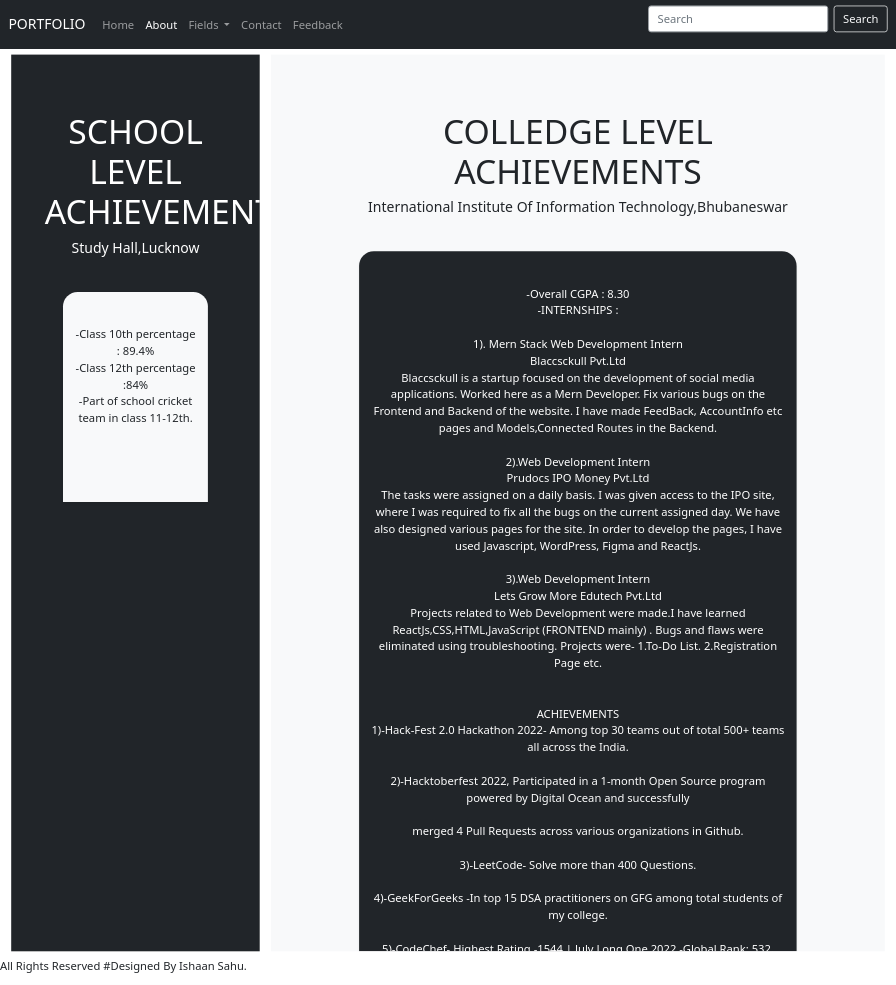
Repository: ishaan51551/Ishaan-s-Portfolio-
Page: about.html
An editor plug-in stored every save of this project. The page is shown before and after the next save, followed by the edit.
The browser window is 1280 px wide. The pictures show the whole page, at 70% of full size.

Above is the page before, as saved 2023-09-13 16:21:25.

### about.html
</body>

</html>

<!doctype html>
<html lang="en">

<head>
  <!-- Required meta tags -->
  <meta charset="utf-8">
  <meta name="viewport" content="width=device-width, initial-scale=1">

  <!-- Bootstrap CSS -->
  <link href="https://cdn.jsdelivr.net/npm/bootstrap@5.1.1/dist/css/bootstrap.min.css" rel="stylesheet"
    integrity="sha384-F3w7mX95PdgyTmZZMECAngseQB83DfGTowi0iMjiWaeVhAn4FJkqJByhZMI3AhiU" crossorigin="anonymous">

  <title>Ishaan Sahu Portfolio</title>
</head>

<body>


  <!-- NAVBAR -->
  <nav class="navbar navbar-expand-lg navbar-dark bg-dark">
    <div class="container-fluid">
      <a class="navbar-brand" href="#">PORTFOLIO </a>
      <button class="navbar-toggler" type="button" data-bs-toggle="collapse" data-bs-target="#navbarSupportedContent"
        aria-controls="navbarSupportedContent" aria-expanded="false" aria-label="Toggle navigation">
        <span class="navbar-toggler-icon"></span>
      </button>
      <div class="collapse navbar-collapse" id="navbarSupportedContent">
        <ul class="navbar-nav me-auto mb-2 mb-lg-0">
          <li class="nav-item">
            <a class="nav-link " aria-current="page" href="index.html">Home</a>
          </li>
          <li class="nav-item">
            <a class="nav-link active" href="/about.html">About</a>
          </li>
          <li class="nav-item dropdown">
            <a class="nav-link dropdown-toggle" href="#" id="navbarDropdown" role="button" data-bs-toggle="dropdown"
              aria-expanded="false">
              Fields
            </a>
            <ul class="dropdown-menu" aria-labelledby="navbarDropdown">
              <li><a class="dropdown-item" href="programming.html">Programming</a></li>
              <li><a class="dropdown-item" href="webdev.html">Web Devlopment</a></li>
              <li>
                <hr class="dropdown-divider">
              </li>
              <li><a class="dropdown-item" href="extracurricular.html">Extra Curricular</a></li>
            </ul>
          </li>
          <li class="nav-item">
            <a class="nav-link " aria-current="page" href="contact.html">Contact</a>
          </li>

          <li class="nav-item">
            <a class="nav-link" href="feedback.html">Feedback</a>

          </li>

        </ul>
        <form class="d-flex">
          <input class="form-control me-2" type="search" placeholder="Search" aria-label="Search">
          <button class="btn btn-outline-light" type="submit">Search</button>

        </form>
      </div>
    </div>
  </nav>

  <!-- Optional JavaScript; choose one of the two! -->

  <!-- Option 1: Bootstrap Bundle with Popper -->
  <script src="https://cdn.jsdelivr.net/npm/bootstrap@5.1.1/dist/js/bootstrap.bundle.min.js"
    integrity="sha384-/bQdsTh/da6pkI1MST/rWKFNjaCP5gBSY4sEBT38Q/9RBh9AH40zEOg7Hlq2THRZ"
    crossorigin="anonymous"></script>



  <!-- boxes -->
  <div class="d-md-flex flex-md-equal w-100my-md-3 ps-md-3 my-2 justify-content-center align item center">
    <div class="bg-dark me-md-3 pt-3 px-3 pt-md-5 px-md-5 text-center text-white overflow-hidden">
      <div class="my-3 py-3 ">
        <h2 class="display-5">SCHOOL LEVEL ACHIEVEMENTS</h2>
        <p class="lead">Study Hall,Lucknow</p>
      </div>
      <div class="bg-light shadow-sm mx-auto" style="width: 80%; height: 300px; border-radius: 21px 21px 0 0;">
        <p class="dance text-dark overfow-hidden text-center px-3 py-5">-Class 10th percentage : 89.4%</br>
          -Class 12th percentage :84%</br>
          -Part of school cricket team in class 11-12th.<br>
        </p>

      </div>
    </div>
    <div class="bg-light me-md-3 pt-3 px-3 pt-md-5 px-md-5 text-center overflow-hidden">
      <div class="my-3 p-3">
        <h2 class="display-5">COLLEDGE LEVEL ACHIEVEMENTS</h2>
        <p class="lead">International Institute Of Information Technology,Bhubaneswar</p>
      </div>
      <div class="bg-dark shadow-sm mx-auto" style="width: 80%; height: 1000px; border-radius: 21px 21px 0 0;">
        <p class="swing text-white text-center px-3 py-5">
          -Overall CGPA : 8.30</br>
          -INTERNSHIPS :</br>
          <br>
          1). Mern Stack Web Development Intern<br>
          Blaccsckull Pvt.Ltd<br>
          Blaccsckull is a startup focused on the development of social media applications. Worked here as a Mern
          Developer.
          Fix various bugs on the Frontend and Backend of the website.
          I have made FeedBack, AccountInfo etc pages and Models,Connected Routes in the Backend.
          <br>
          <br>
          2).Web Development Intern<br>
          Prudocs IPO Money Pvt.Ltd<br>
          The tasks were assigned on a daily basis.
          I was given access to the IPO site, where I was required to fix all the bugs on the current assigned day. We
          have also designed various pages for the site.
          In order to develop the pages, I have used Javascript, WordPress, Figma and ReactJs.
          <br>
          <br>
          3).Web Development Intern<br>
          Lets Grow More Edutech Pvt.Ltd<br>
          Projects related to Web Development were made.I have learned ReactJs,CSS,HTML,JavaScript (FRONTEND mainly) .
          Bugs and flaws were eliminated using troubleshooting.
          Projects were-
          1.To-Do List.
          2.Registration Page etc.
          <br><br><br>
          ACHIEVEMENTS<br>
          1)-Hack-Fest 2.0 Hackathon 2022- Among top 30 teams out of total 500+ teams all across the India.<br><br>
          2)-Hacktoberfest 2022, Participated in a 1-month Open Source program powered by Digital Ocean and successfully<br><br>
          merged 4 Pull Requests across various organizations in Github.<br><br>
          3)-LeetCode- Solve more than 400 Questions.<br><br>
          4)-GeekForGeeks -In top 15 DSA practitioners on GFG among total students of my college. <br><br>
          5)-CodeChef- Highest Rating -1544 | July Long One 2022 -Global Rank: 532.<br><br>

        </p>
        </p>
      </div>
    </div>
  </div>

  <!-- FOOTER  -->
  <footer class="blog-footer">
    <p>All Rights Reserved #Designed By Ishaan Sahu.</p>
    <p>

    </p>
  </footer>
</body>

</html>

After the next save:
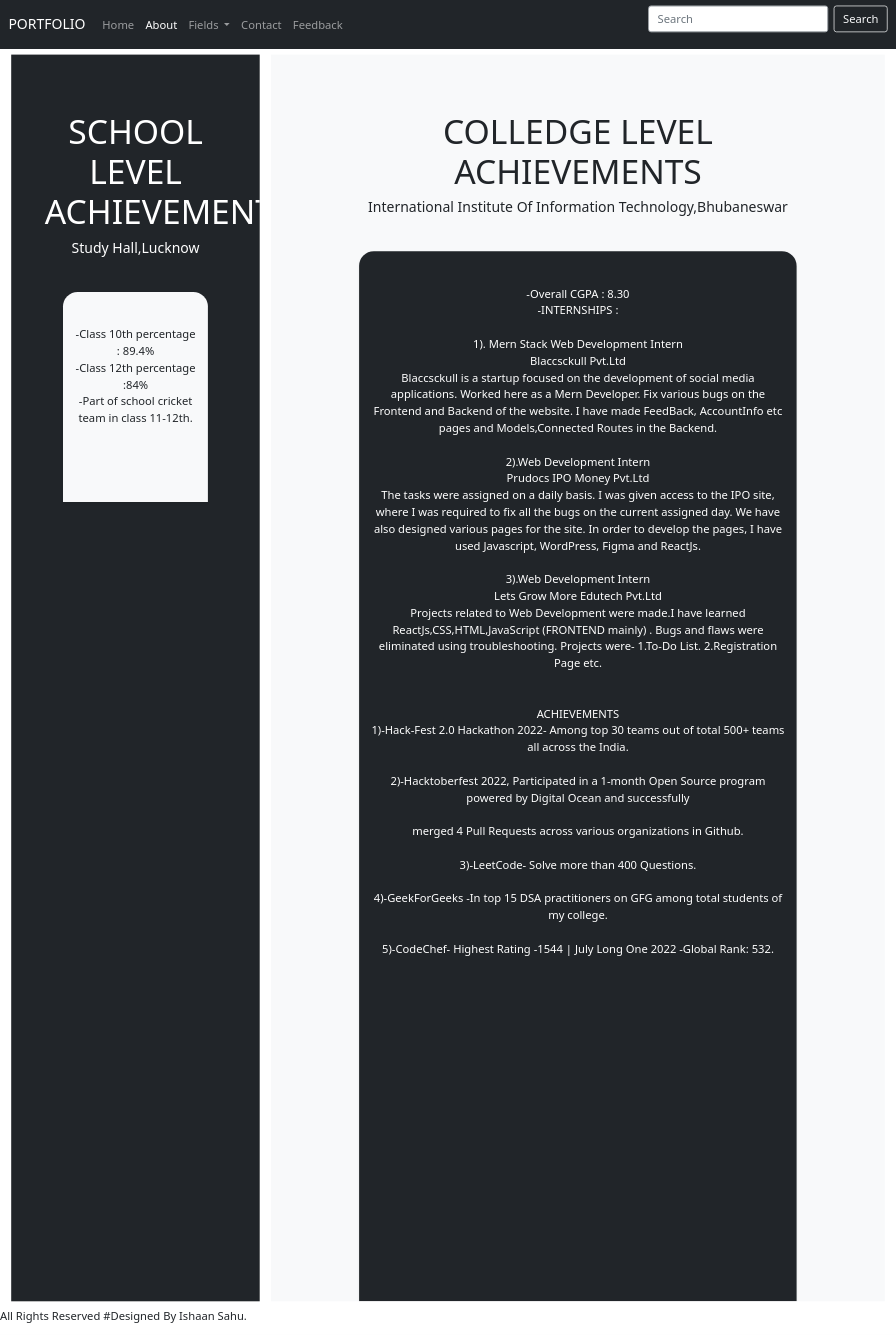
Saved 7 s later.
--- a/about.html
+++ b/about.html
@@ -98,7 +98,7 @@
         <h2 class="display-5">COLLEDGE LEVEL ACHIEVEMENTS</h2>
         <p class="lead">International Institute Of Information Technology,Bhubaneswar</p>
       </div>
-      <div class="bg-dark shadow-sm mx-auto" style="width: 80%; height: 1000px; border-radius: 21px 21px 0 0;">
+      <div class="bg-dark shadow-sm mx-auto" style="width: 80%; height: 1500px; border-radius: 21px 21px 0 0;">
         <p class="swing text-white text-center px-3 py-5">
           -Overall CGPA : 8.30</br>
           -INTERNSHIPS :</br>
